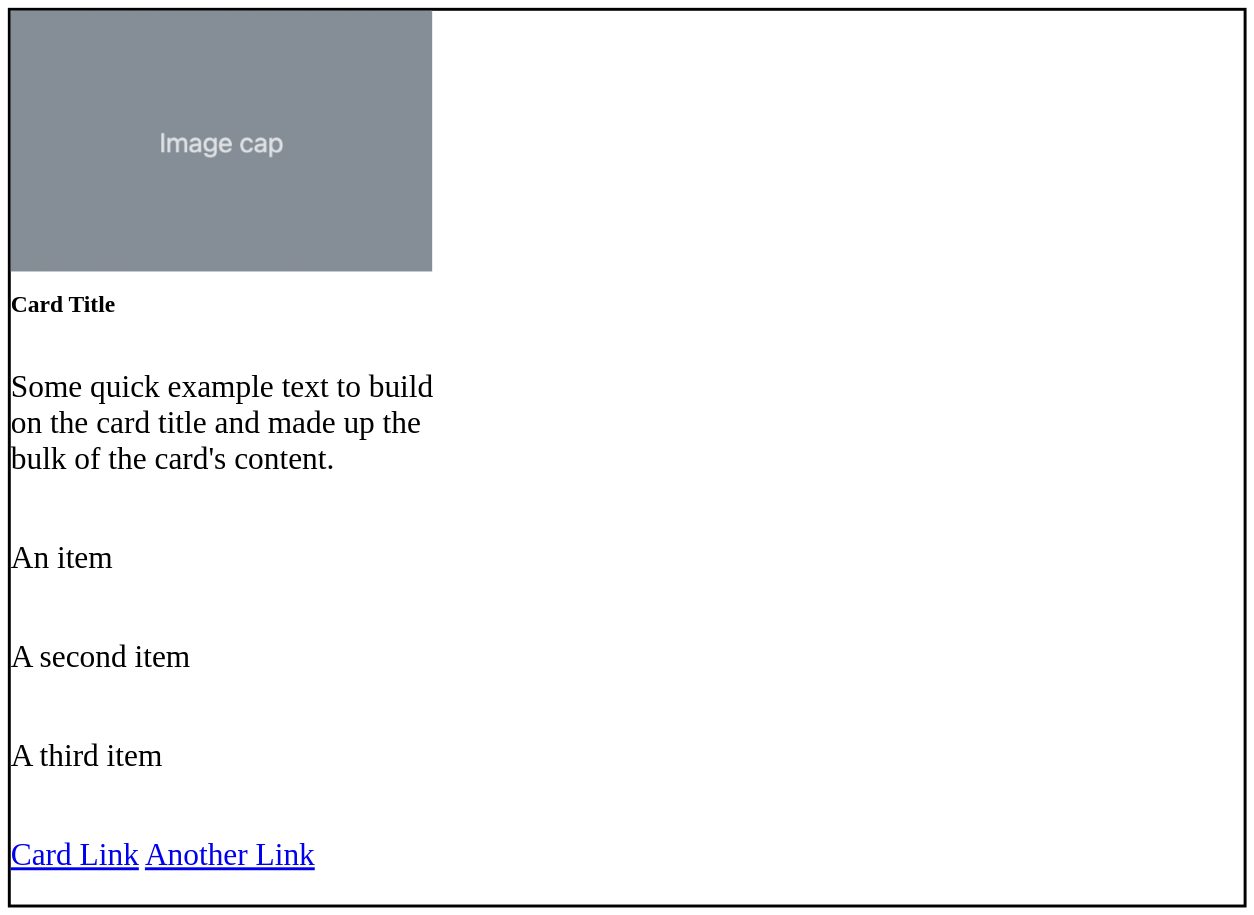
Repository: tr2cky/nav
Page: card.html
An editor plug-in stored every save of this project. The page is shown before and after the next save, followed by the edit.
The browser window is 1280 px wide. The pictures show the whole page, at 98% of full size.

Above is the page before, as saved 2022-09-27 16:07:43.

### card.html
<!DOCTYPE html>
<html lang="en">

<head>
    <meta charset="UTF-8">
    <meta http-equiv="X-UA-Compatible" content="IE=edge">
    <meta name="viewport" content="width=device-width, initial-scale=1.0">
    <title>Document</title>
    <link rel="stylesheet" href="style.css">
</head>

<body>
    <article class="container">
        <img src="imagecap.png"  alt="Image Cap">
        <h2>Card Title</h2>
        <p>Some quick example text to build <br>
            on the card title and made up the <br>
            bulk of the card's content.</p>
        <p>An item</p>
        <p>A second item</p>
        <p>A third item</p>
        <p><a href="https://google.com">Card Link</a> <a href="https://twitter.com">Another Link</a></p>
    </article>
</body>

</html>

### style.css
.container {
    display: flex;
    flex-direction: column;
    border: 3px solid black;
}
.container > img {
    width: 430px;
}
.container > p {
    font-size: 2rem;
}

After the next save:
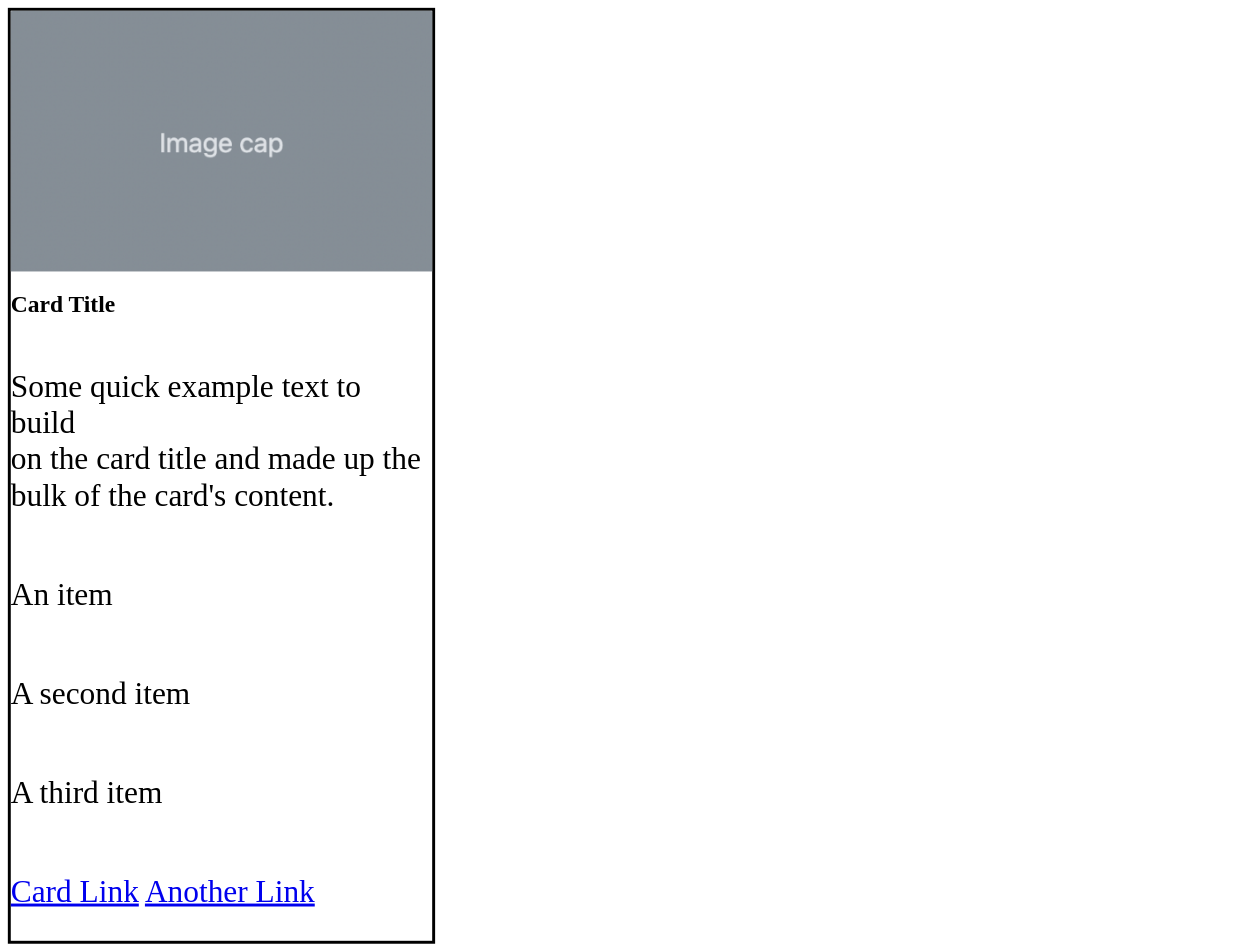
Saved 25 s later.
--- a/style.css
+++ b/style.css
@@ -2,6 +2,7 @@
     display: flex;
     flex-direction: column;
     border: 3px solid black;
+    max-width: 430px;
 }
 .container > img {
     width: 430px;
